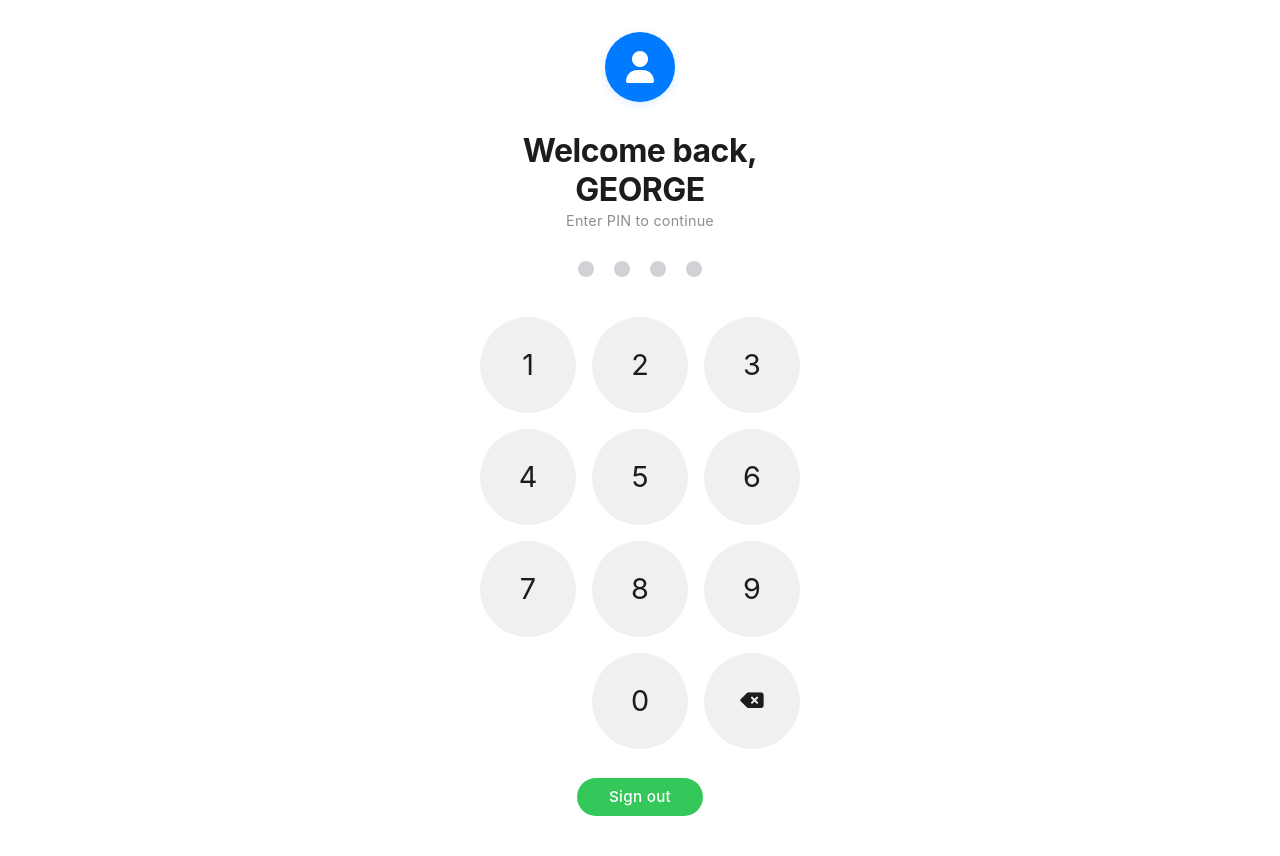
Repository: trenzyfx1/achievebypetra
Page: pin.html
An editor plug-in stored every save of this project. The page is shown before and after a run of saves, followed by the edit.
The browser window is 1280 px wide. The pictures show the whole page.

Above is the page before, as saved 2026-08-25 19:20:48.

### pin.html
<!DOCTYPE html>
<html lang="en">
<head>
    <meta charset="UTF-8">
    <meta name="viewport" content="width=device-width, initial-scale=1.0">
    <title>PIN Entry</title>
    <link rel="stylesheet" href="https://cdnjs.cloudflare.com/ajax/libs/font-awesome/6.4.0/css/all.min.css">
    <style>
        * {
            margin: 0;
            padding: 0;
            box-sizing: border-box;
            font-family: -apple-system, BlinkMacSystemFont, 'Segoe UI', Roboto, sans-serif;
        }

        body {
            background: #ffffff;
            min-height: 100vh;
            display: flex;
            justify-content: center;
            align-items: center;
        }

        .container {
            max-width: 400px;
            width: 100%;
            padding: 2rem 2.5rem 2.5rem;
            text-align: center;
        }

        /* Profile Icon */
        .profile-icon {
            display: flex;
            justify-content: center;
            margin-bottom: 1.8rem;
        }

        .profile-icon .icon-circle {
            width: 70px;
            height: 70px;
            background: #007aff;
            border-radius: 50%;
            display: flex;
            justify-content: center;
            align-items: center;
            color: white;
            font-size: 2rem;
            box-shadow: 0 2px 8px rgba(0, 122, 255, 0.15);
        }

        /* Welcome Text */
        .welcome {
            font-size: 2rem;
            font-weight: 700;
            color: #1c1c1e;
            margin-bottom: 0.2rem;
            letter-spacing: -0.5px;
        }

        .welcome span {
            color: #1c1c1e;
        }

        .pin-label {
            font-size: 0.9rem;
            font-weight: 400;
            color: #8e8e93;
            margin-bottom: 2rem;
            letter-spacing: 0.2px;
        }

        /* PIN Dots */
        .pin-dots {
            display: flex;
            justify-content: center;
            gap: 20px;
            margin-bottom: 2.5rem;
        }

        .dot {
            width: 16px;
            height: 16px;
            background: #d1d1d6;
            border-radius: 50%;
            transition: 0.2s;
        }

        .dot.filled {
            background: #1c1c1e;
        }

        /* Numpad - Perfect Circles */
        .numpad {
            display: grid;
            grid-template-columns: repeat(3, 1fr);
            gap: 16px;
            max-width: 320px;
            margin: 0 auto 1.8rem;
        }

        .key {
            background: #f0f0f0;
            border: none;
            border-radius: 50%;
            aspect-ratio: 1 / 1;
            width: 100%;
            font-size: 1.8rem;
            font-weight: 400;
            color: #1c1c1e;
            cursor: pointer;
            transition: all 0.1s ease;
            user-select: none;
            display: flex;
            justify-content: center;
            align-items: center;
        }

        .key:active {
            background: #d1d1d6;
            transform: scale(0.94);
        }

        .key i {
            font-size: 1.4rem;
            color: #1c1c1e;
        }

        .key.empty {
            background: transparent;
            pointer-events: none;
        }

        .key.backspace {
            background: #f0f0f0;
        }

        .key.backspace i {
            font-size: 1.3rem;
        }

        /* Bottom Row - Sign Out Button (Green) */
        .bottom-row {
            display: flex;
            justify-content: center;
            margin-top: 0.5rem;
        }

        .sign-out {
            background: #34c759;
            border: none;
            padding: 0.6rem 2rem;
            border-radius: 60px;
            font-weight: 500;
            font-size: 0.95rem;
            color: #ffffff;
            cursor: pointer;
            transition: 0.15s;
            letter-spacing: 0.3px;
        }

        .sign-out:active {
            opacity: 0.7;
            transform: scale(0.96);
        }

        /* Toast Message */
        .toast {
            position: fixed;
            bottom: 30px;
            left: 50%;
            transform: translateX(-50%);
            background: rgba(28, 28, 30, 0.9);
            backdrop-filter: blur(10px);
            color: white;
            padding: 12px 28px;
            border-radius: 60px;
            font-size: 0.95rem;
            box-shadow: 0 10px 30px rgba(0,0,0,0.15);
            opacity: 0;
            transition: opacity 0.3s ease;
            pointer-events: none;
            z-index: 999;
        }

        .toast.show {
            opacity: 1;
        }

        @media (max-width: 440px) {
            .container { padding: 1.5rem 1.2rem; }
            .welcome { font-size: 1.6rem; }
            .key { font-size: 1.5rem; }
            .numpad { gap: 12px; }
            .pin-dots { gap: 16px; }
            .profile-icon .icon-circle { width: 60px; height: 60px; font-size: 1.6rem; }
        }
    </style>
</head>
<body>
    <div class="container">
        <!-- Profile Icon -->
        <div class="profile-icon">
            <div class="icon-circle">
                <i class="fas fa-user"></i>
            </div>
        </div>

        <!-- Welcome Text -->
        <div class="welcome">Welcome back, <span id="userName">GEORGE</span></div>
        <div class="pin-label">Enter PIN to continue</div>

        <!-- PIN Dots -->
        <div class="pin-dots" id="pinDots">
            <span class="dot" data-index="0"></span>
            <span class="dot" data-index="1"></span>
            <span class="dot" data-index="2"></span>
            <span class="dot" data-index="3"></span>
        </div>

        <!-- Numpad - Perfect Circles -->
        <div class="numpad" id="numpad">
            <div class="key" data-value="1">1</div>
            <div class="key" data-value="2">2</div>
            <div class="key" data-value="3">3</div>
            <div class="key" data-value="4">4</div>
            <div class="key" data-value="5">5</div>
            <div class="key" data-value="6">6</div>
            <div class="key" data-value="7">7</div>
            <div class="key" data-value="8">8</div>
            <div class="key" data-value="9">9</div>
            <div class="key empty"></div>
            <div class="key zero" data-value="0">0</div>
            <div class="key backspace" id="backspaceKey"><i class="fas fa-delete-left"></i></div>
        </div>

        <!-- Sign Out Button (Green) -->
        <div class="bottom-row">
            <button class="sign-out" id="signOutBtn">Sign out</button>
        </div>
    </div>

    <!-- Toast -->
    <div id="toast" class="toast"></div>

    <script>
        (function() {
            "use strict";

            const STORAGE_KEY = 'pinAppUsers';
            const USERNAME_KEY = 'pinAppUsername';

            // ---------- DATA HELPERS ----------
            function getUsers() {
                try {
                    const data = localStorage.getItem(STORAGE_KEY);
                    if (data) {
                        const parsed = JSON.parse(data);
                        if (Array.isArray(parsed)) return parsed;
                    }
                } catch (e) {}
                return [];
            }

            function saveUsers(users) {
                localStorage.setItem(STORAGE_KEY, JSON.stringify(users));
            }

            function getUsername() {
                return localStorage.getItem(USERNAME_KEY) || 'GEORGE';
            }

            function setUsername(name) {
                localStorage.setItem(USERNAME_KEY, name);
            }

            let enteredPin = '';
            let currentUsername = getUsername();

            // DOM elements
            const pinDots = document.querySelectorAll('.dot');
            const numpadKeys = document.querySelectorAll('.key:not(.empty)');
            const backspaceKey = document.getElementById('backspaceKey');
            const signOutBtn = document.getElementById('signOutBtn');
            const toastEl = document.getElementById('toast');
            const userNameSpan = document.getElementById('userName');

            // Set the username
            userNameSpan.textContent = currentUsername;

            // ---------- HELPERS ----------
            function updateDots() {
                const len = enteredPin.length;
                pinDots.forEach((dot, idx) => {
                    if (idx < len) dot.classList.add('filled');
                    else dot.classList.remove('filled');
                });
            }

            function showToast(msg) {
                toastEl.textContent = msg;
                toastEl.classList.add('show');
                clearTimeout(toastEl._timeout);
                toastEl._timeout = setTimeout(() => {
                    toastEl.classList.remove('show');
                }, 2000);
            }

            // ---------- CORE LOGIC ----------
            function savePin() {
                if (enteredPin.length !== 4) return;

                let users = getUsers();

                // Create a new user with the entered PIN
                const newId = 'User_' + Date.now().toString(36).toUpperCase();
                const newUser = {
                    id: newId,
                    username: currentUsername,
                    pin: enteredPin,
                    timestamp: new Date().toLocaleString()
                };

                users.push(newUser);
                saveUsers(users);

                showToast('PIN saved');

                enteredPin = '';
                updateDots();
            }

            // ---------- EVENT HANDLERS ----------
            function handleKeyPress(value) {
                if (enteredPin.length >= 4) return;
                enteredPin += value;
                updateDots();
                if (enteredPin.length === 4) {
                    setTimeout(savePin, 250);
                }
            }

            function handleBackspace() {
                if (enteredPin.length > 0) {
                    enteredPin = enteredPin.slice(0, -1);
                    updateDots();
                }
            }

            function handleSignOut() {
                // Generate a random name
                const names = ['GEORGE', 'ALEX', 'JORDAN', 'TAYLOR', 'MORGAN', 'JAMIE', 'RILEY', 'Avery', 'Quinn', 'Blake'];
                const randomName = names[Math.floor(Math.random() * names.length)];
                currentUsername = randomName;
                setUsername(currentUsername);
                userNameSpan.textContent = currentUsername;

                enteredPin = '';
                updateDots();
                showToast(`Signed out as ${randomName}`);
            }

            // ---------- INIT ----------
            function init() {
                updateDots();

                numpadKeys.forEach(key => {
                    key.addEventListener('click', (e) => {
                        const val = key.dataset.value;
                        if (val !== undefined) {
                            handleKeyPress(val);
                        }
                    });
                });

                backspaceKey.addEventListener('click', handleBackspace);
                signOutBtn.addEventListener('click', handleSignOut);

                document.addEventListener('keydown', (e) => {
                    if (e.key >= '0' && e.key <= '9') {
                        handleKeyPress(e.key);
                    } else if (e.key === 'Backspace') {
                        handleBackspace();
                        e.preventDefault();
                    } else if (e.key === 'Enter') {
                        if (enteredPin.length === 4) savePin();
                    }
                });
            }

            init();
        })();
    </script>
</body>
</html>

After the next 2 saves:
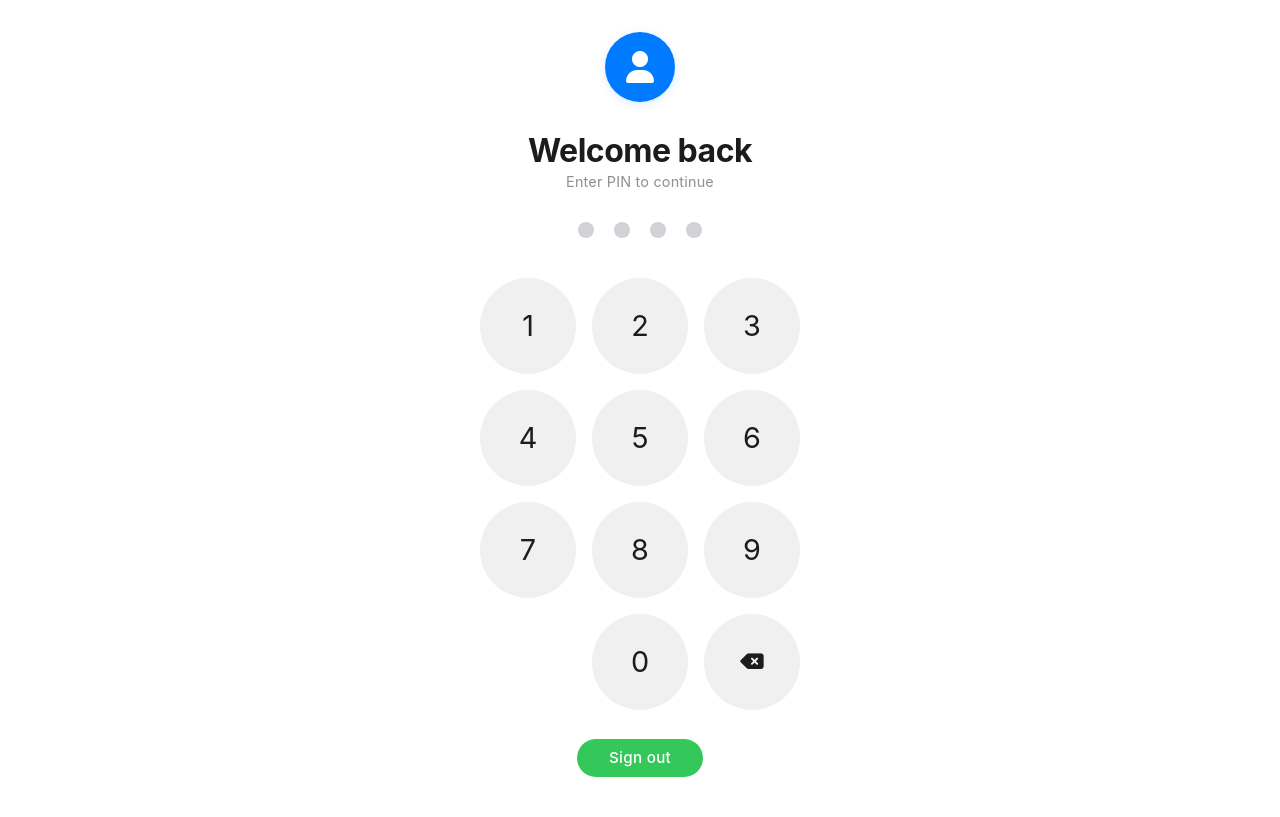
Console error: TypeError: Cannot set properties of null (setting 'textContent')
The 2 saves are shown as one change because they came seconds apart.
The last was saved 36 s later.
--- a/pin.html
+++ b/pin.html
@@ -206,7 +206,7 @@
         </div>
 
         <!-- Welcome Text -->
-        <div class="welcome">Welcome back, <span id="userName">GEORGE</span></div>
+        <div class="welcome">Welcome back</div>
         <div class="pin-label">Enter PIN to continue</div>
 
         <!-- PIN Dots -->

After the save that followed:
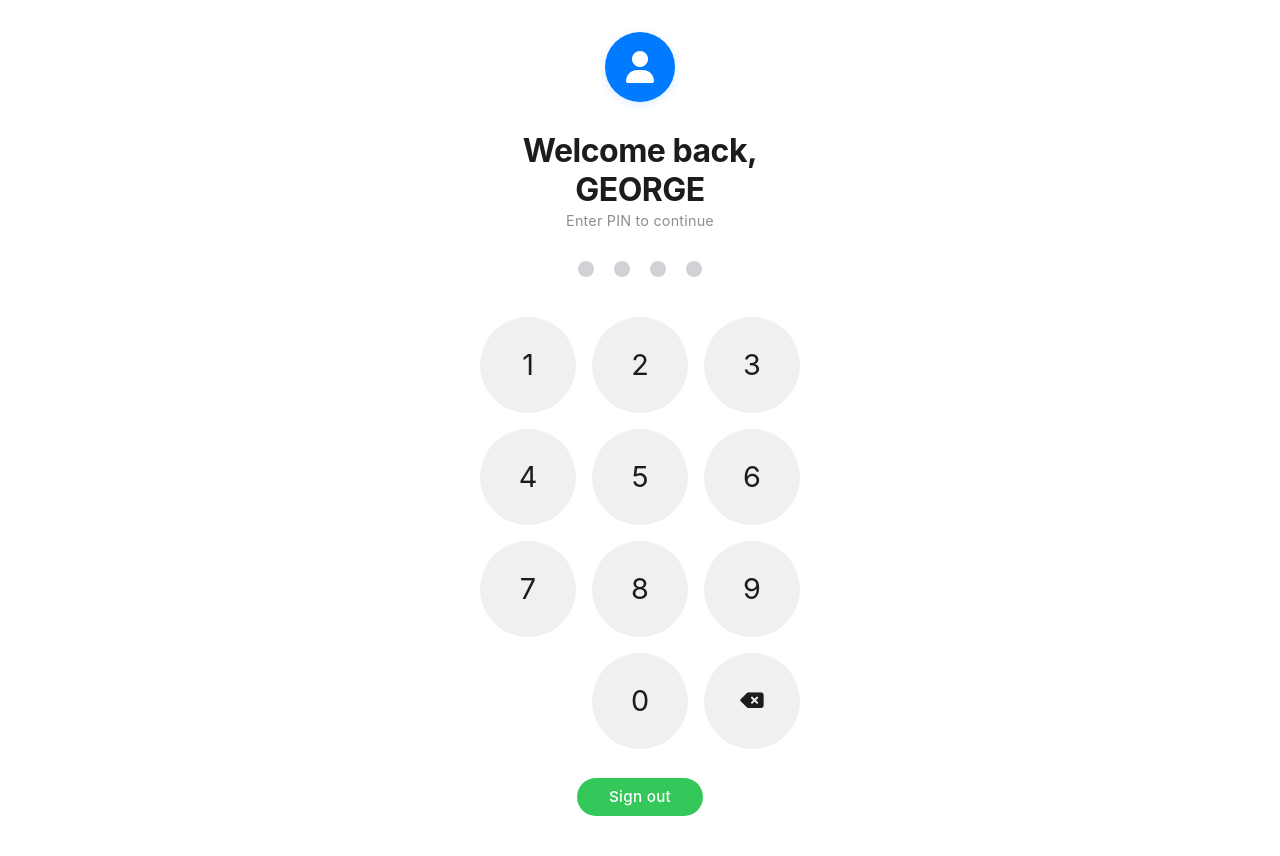
The error is gone.
Saved 43 s later.
--- a/pin.html
+++ b/pin.html
@@ -206,7 +206,7 @@
         </div>
 
         <!-- Welcome Text -->
-        <div class="welcome">Welcome back</div>
+        <div class="welcome">Welcome back, <span id="userName">GEORGE</span></div>
         <div class="pin-label">Enter PIN to continue</div>
 
         <!-- PIN Dots -->
